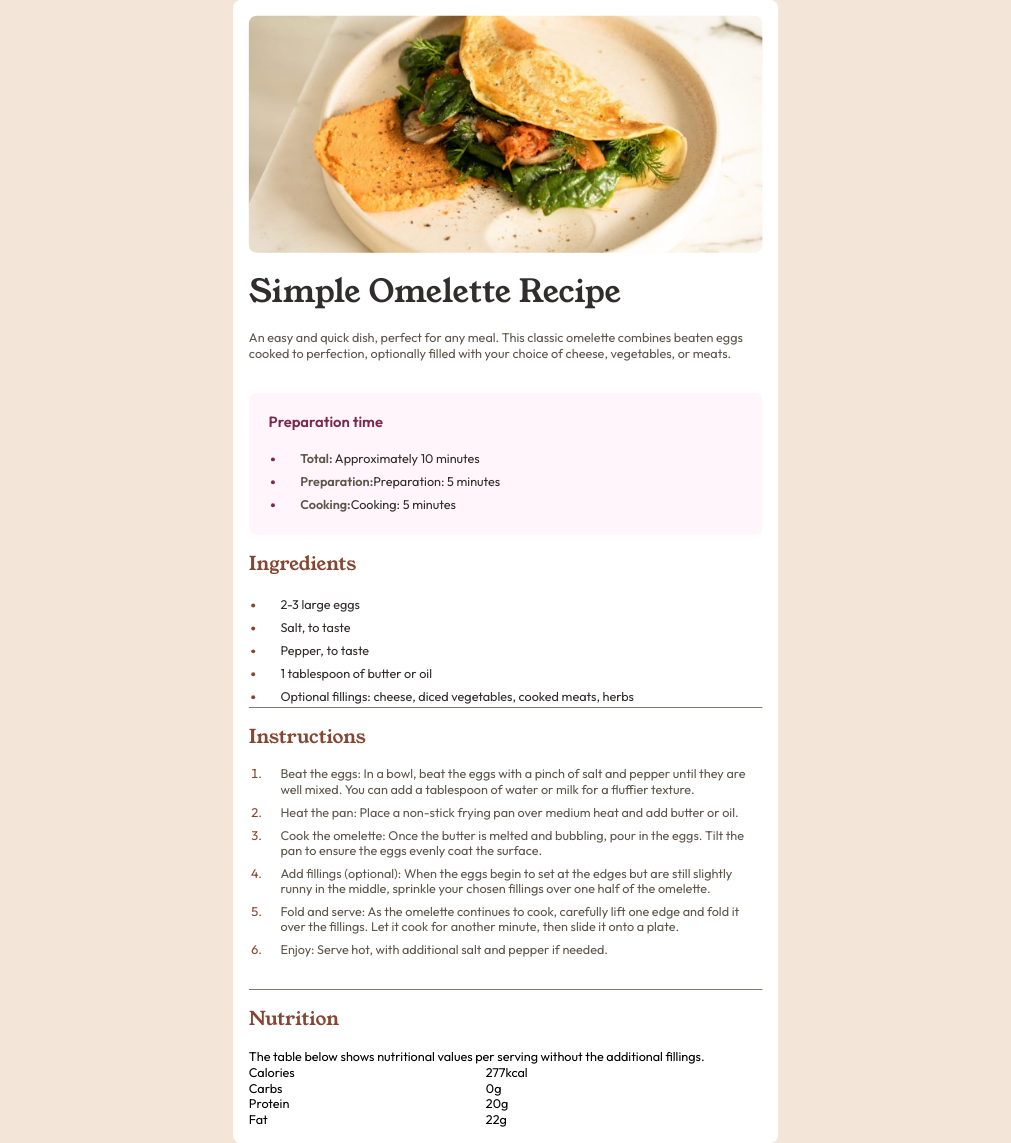
Repository: reemoon-ctrl/mine-recipe-page-main
Page: index1.html
The author's editor kept a copy of each file at every save. The page is drawn from the files as they stood at one save, then again after the next save.
The browser window is 1280 px wide. The pictures show the whole page, at 79% of full size.

Above is the page before, as saved 2024-08-11 16:51:53.

After the next save:
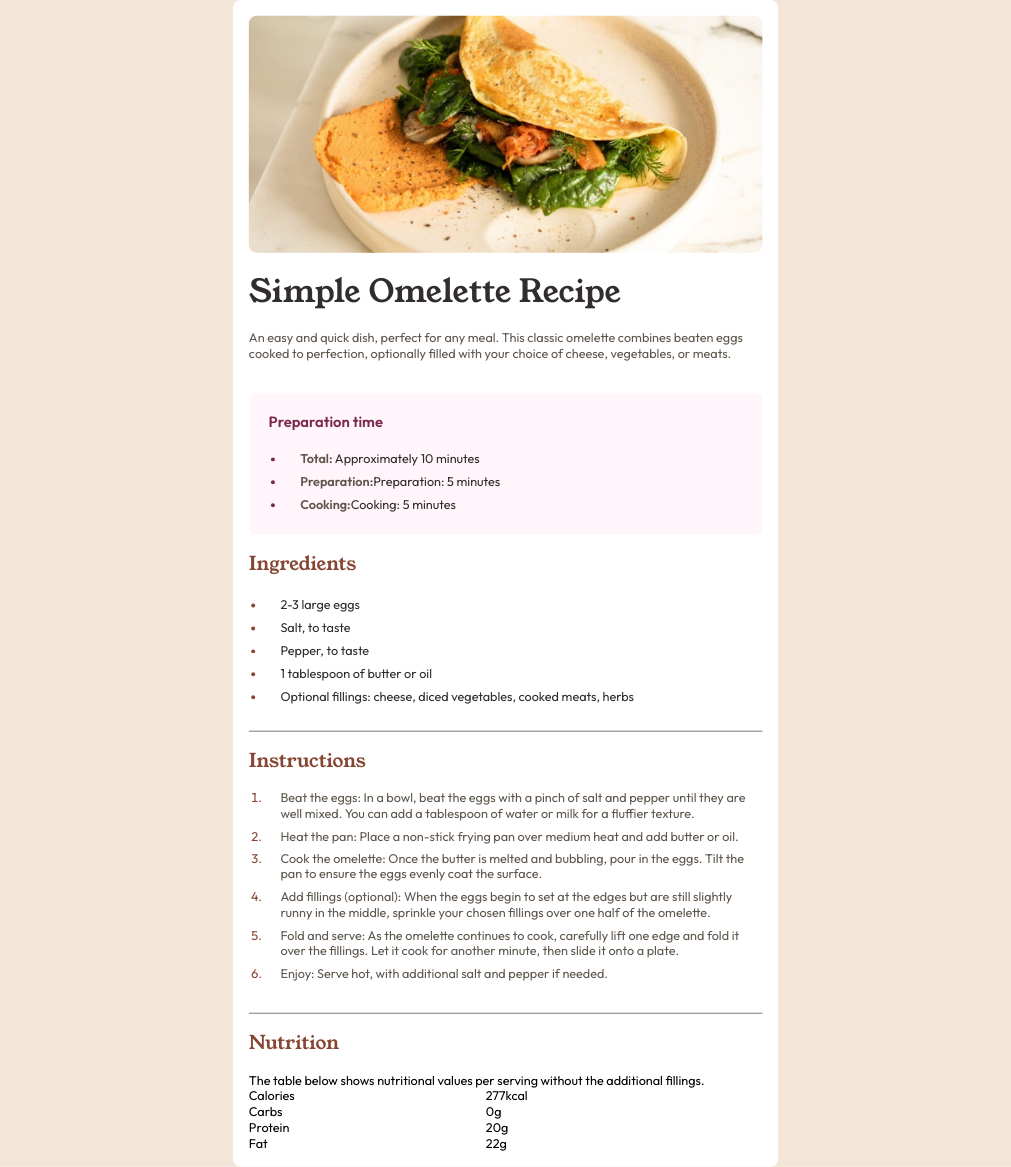
Saved 9 s later.
--- a/style.css
+++ b/style.css
@@ -91,7 +91,7 @@ h2{
 ul li::marker,ol li::marker{
     color: hsl(14, 45%, 36%);
 }
-#ingredient {
+.ingredient {
     padding-bottom: 30px;
 }
 
